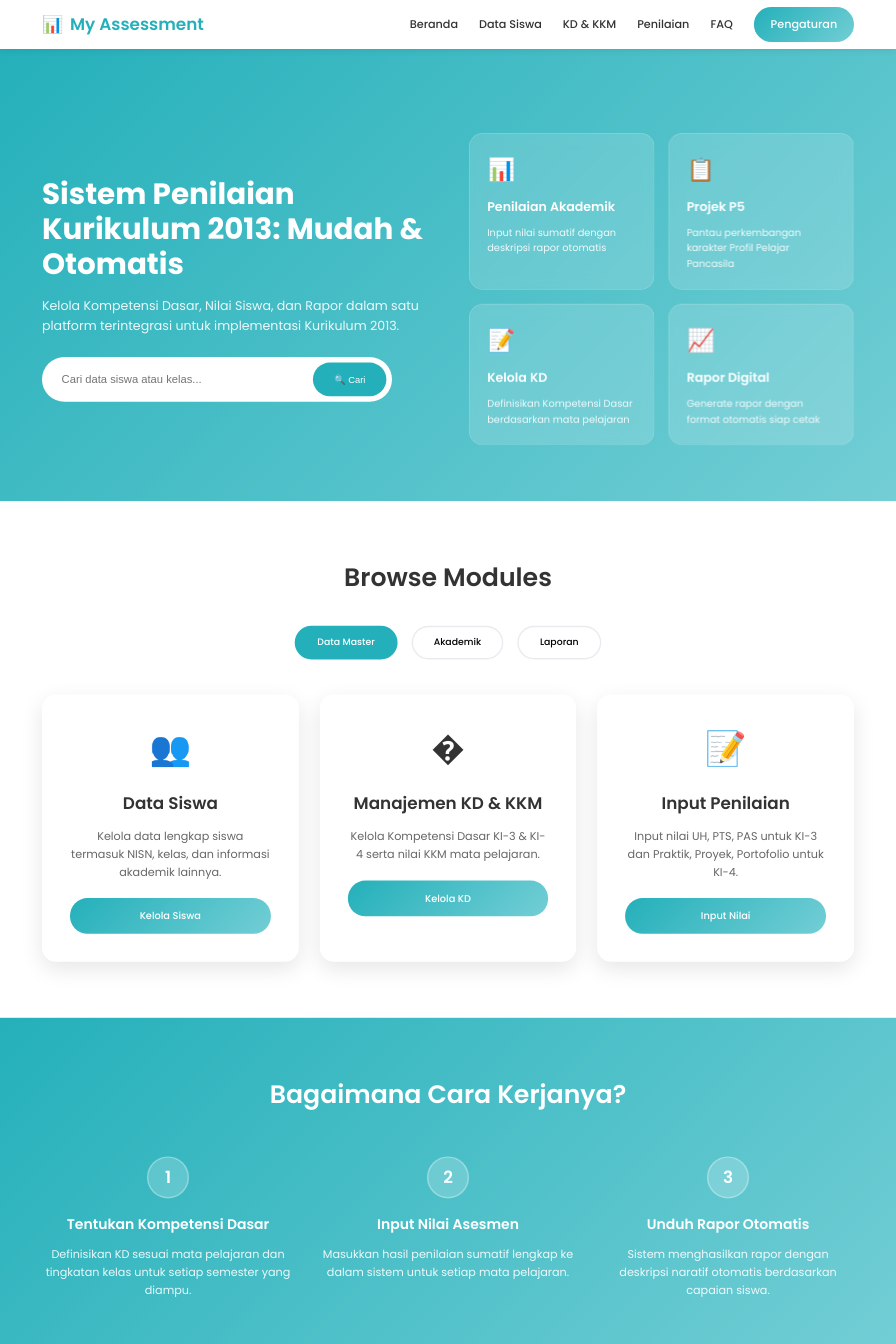
Repository: Ws529/MyAssassment_Final
Page: MyAssessment/index.html
These files come from the project's save history. The page is drawn as it stood at one moment and after the next save; the edit follows.
The browser window is 1280 px wide. The pictures show the part of the page from y = 0 to 1920 px (the page is 3002 px tall), at 70% of full size.

Above is the page before, as saved 2026-01-01 00:49:27.

After the next save:
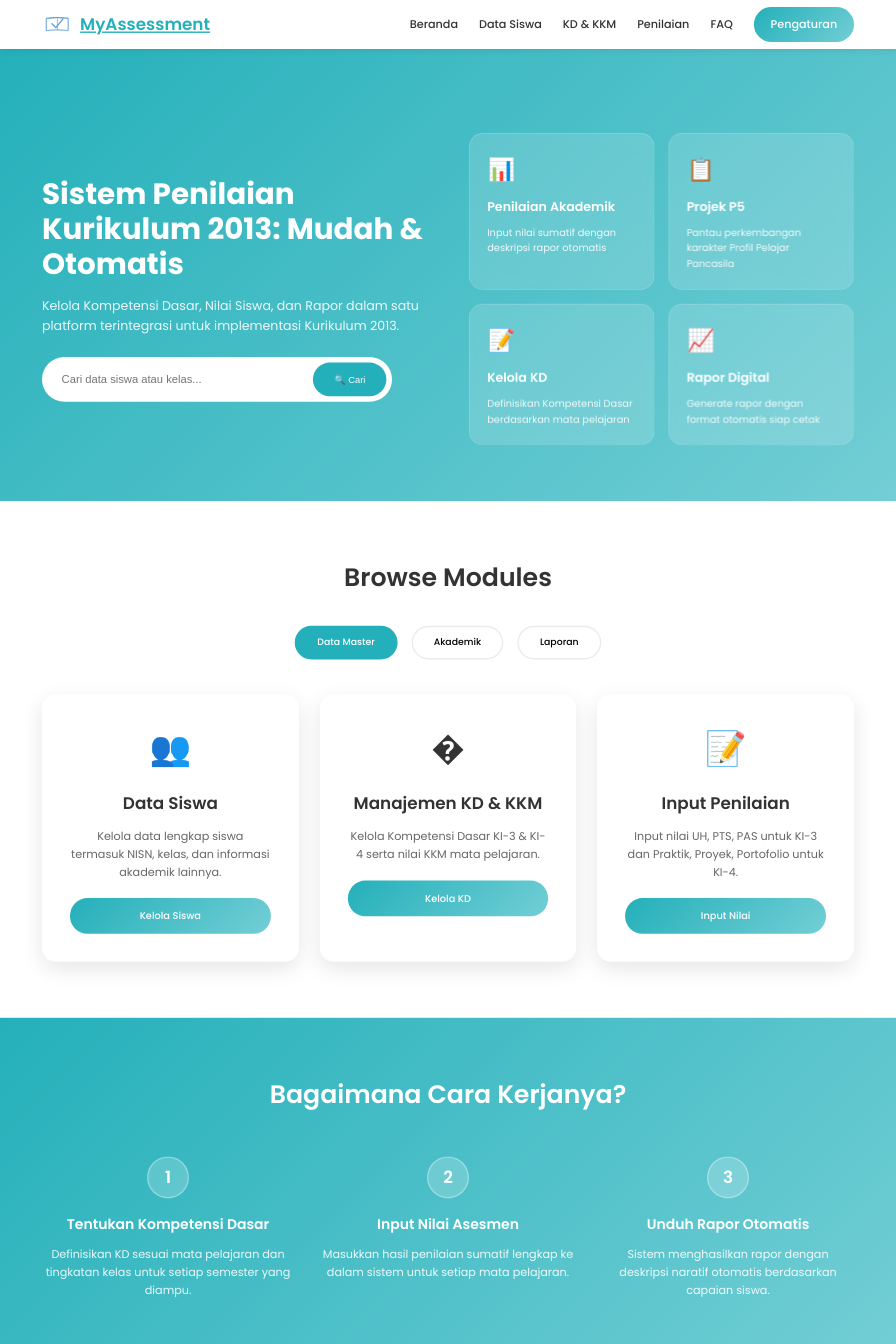
Saved 9 s later.
--- a/MyAssessment/index.html
+++ b/MyAssessment/index.html
@@ -100,10 +100,10 @@
     <!-- Navigation -->
     <nav class="navbar">
         <div class="nav-container">
-            <div class="nav-brand">
-                <span>📊</span>
-                <span>My Assessment</span>
-            </div>
+            <a href="index.html" class="nav-brand">
+                <img src="assets/img/logo.svg" alt="MyAssessment Logo" style="height: 40px; width: auto;">
+                <span>MyAssessment</span>
+            </a>
             <div class="nav-menu">
                 <a href="index.html" class="nav-link">Beranda</a>
                 <a href="siswa.html" class="nav-link">Data Siswa</a>
